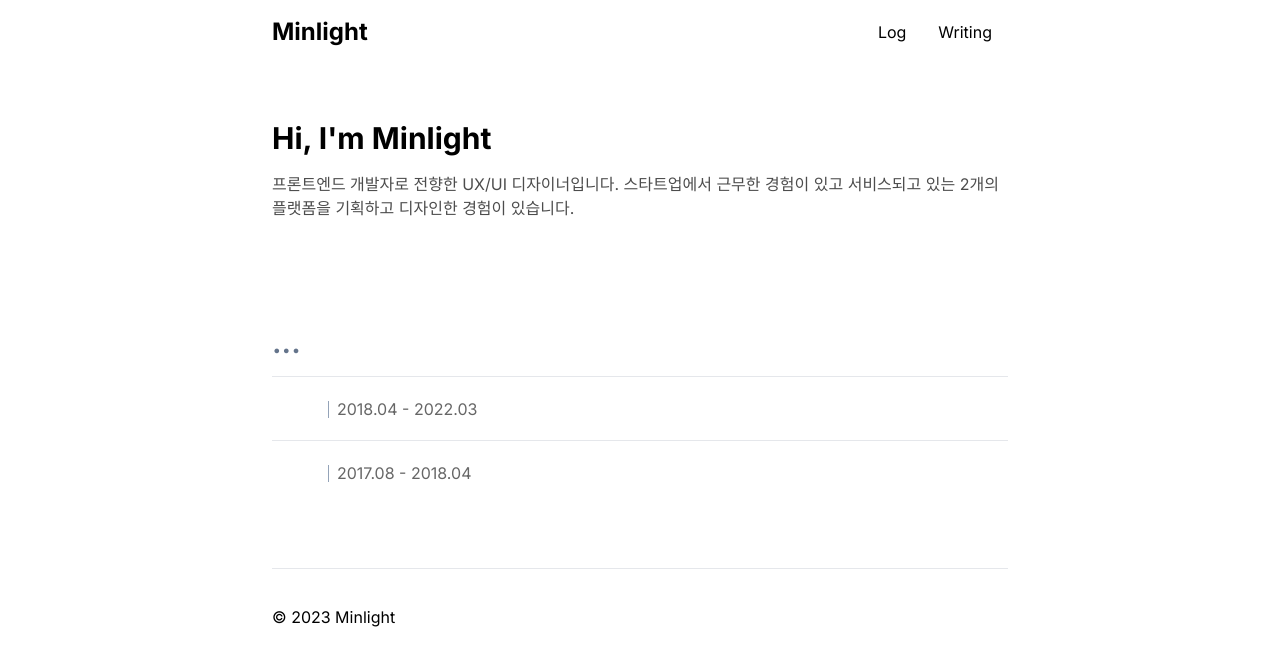
Repository: kwngmin/minlight-log
Page: /
The author's editor kept a copy of each file at every save. The page is drawn from the files as they stood at one save, then again after the next save.
The browser window is 1280 px wide. The pictures show the whole page.
The project was rebuilt for these pictures with package versions that can differ from the ones it lists, and the page was loaded fresh each time. The framework's server and built-in components were replaced by stand-ins that run in the browser. Also part of the build but not shown: next.config.js.

Above is the page before, as saved 2023-04-04 16:10:42.

### src/app/layout.tsx
import "./globals.css";
import Footer from "@/components/Footer";
import Header from "@/components/Header";

import { Inter } from "next/font/google";
const inter = Inter({ subsets: ["latin"] });

export const metadata = {
  title: {
    default: "Minlight",
    template: "Minlight | %s",
  },
  description: "Minlight log",
};

export default function RootLayout({
  children,
}: {
  children: React.ReactNode;
}) {
  return (
    <html lang="en" className={inter.className}>
      <body className="flex flex-col max-w-screen-md mx-auto px-4">
        <Header />
        <main className="">{children}</main>
        <Footer />
      </body>
    </html>
  );
}

### src/app/page.tsx
import Table from "@/components/Table";
import Title from "@/components/Title";

const titleData = {
  title: `Hi, I'm Minlight`,
  description: `프론트엔드 개발자로 전향한 UX/UI 디자이너입니다. 스타트업에서 근무한
경험이 있고 서비스되고 있는 2개의 플랫폼을 기획하고 디자인한 경험이 있습니다.`,
};

const careerData = [
  {
    head: "Kinterch",
    content: "UX/UI Designer",
    period: "2018.04 - 2022.03",
  },
  {
    head: "FiftyBridge",
    content: "UX/UI Designer",
    period: "2017.08 - 2018.04",
  },
];

const educateData = [
  {
    head: "CodeStates",
    content: "Software Engineering Bootcamp · Frontend",
    period: "2022.06 - 2022.12",
  },
  {
    head: "IDAS, Hongik Univeristy",
    content: "Digital Media Design Major · Master of Design",
    period: "2013.03 - 2015.02",
  },
  {
    head: "Kangnam University",
    content: "Visual Design Major · Bachelor of Fine Arts",
    period: "2005.03 - 2012.02",
  },
];

export default function Home() {
  return (
    <section>
      <Title titleData={titleData} />
      <Table tableData={careerData} subject="Work Experience" />
    </section>
  );
}

### src/app/globals.css
@tailwind base;
@tailwind components;
@tailwind utilities;

* {
  box-sizing: border-box;
  padding: 0;
  margin: 0;
}
/*
:root {
  --max-width: 1100px;
  --border-radius: 12px;
  --font-mono: ui-monospace, Menlo, Monaco, "Cascadia Mono", "Segoe UI Mono",
    "Roboto Mono", "Oxygen Mono", "Ubuntu Monospace", "Source Code Pro",
    "Fira Mono", "Droid Sans Mono", "Courier New", monospace;

  --foreground-rgb: 0, 0, 0;
  --background-start-rgb: 214, 219, 220;
  --background-end-rgb: 255, 255, 255;

  --primary-glow: conic-gradient(
    from 180deg at 50% 50%,
    #16abff33 0deg,
    #0885ff33 55deg,
    #54d6ff33 120deg,
    #0071ff33 160deg,
    transparent 360deg
  );
  --secondary-glow: radial-gradient(
    rgba(255, 255, 255, 1),
    rgba(255, 255, 255, 0)
  );

  --tile-start-rgb: 239, 245, 249;
  --tile-end-rgb: 228, 232, 233;
  --tile-border: conic-gradient(
    #00000080,
    #00000040,
    #00000030,
    #00000020,
    #00000010,
    #00000010,
    #00000080
  );

  --callout-rgb: 238, 240, 241;
  --callout-border-rgb: 172, 175, 176;
  --card-rgb: 180, 185, 188;
  --card-border-rgb: 131, 134, 135;
}

@media (prefers-color-scheme: dark) {
  :root {
    --foreground-rgb: 255, 255, 255;
    --background-start-rgb: 0, 0, 0;
    --background-end-rgb: 0, 0, 0;

    --primary-glow: radial-gradient(rgba(1, 65, 255, 0.4), rgba(1, 65, 255, 0));
    --secondary-glow: linear-gradient(
      to bottom right,
      rgba(1, 65, 255, 0),
      rgba(1, 65, 255, 0),
      rgba(1, 65, 255, 0.3)
    );

    --tile-start-rgb: 2, 13, 46;
    --tile-end-rgb: 2, 5, 19;
    --tile-border: conic-gradient(
      #ffffff80,
      #ffffff40,
      #ffffff30,
      #ffffff20,
      #ffffff10,
      #ffffff10,
      #ffffff80
    );

    --callout-rgb: 20, 20, 20;
    --callout-border-rgb: 108, 108, 108;
    --card-rgb: 100, 100, 100;
    --card-border-rgb: 200, 200, 200;
  }
}

* {
  box-sizing: border-box;
  padding: 0;
  margin: 0;
}

html,
body {
  max-width: 100vw;
  overflow-x: hidden;
}

body {
  color: rgb(var(--foreground-rgb));
  background: linear-gradient(
      to bottom,
      transparent,
      rgb(var(--background-end-rgb))
    )
    rgb(var(--background-start-rgb));
}

a {
  color: inherit;
  text-decoration: none;
}

@media (prefers-color-scheme: dark) {
  html {
    color-scheme: dark;
  }
} */

### src/components/Footer.tsx
export default function Footer() {
  return (
    <section className="h-24 flex items-center border-t mt-8">
      © 2023 Minlight
    </section>
  );
}

### src/components/Header.tsx
import Link from "next/link";

const navList = [
  { name: "Log", url: "/log" },
  { name: "Writing", url: "/log" },
];

export default function Header() {
  return (
    <section className="h-16 flex items-center justify-between">
      <Link href="/" className="text-2xl font-bold">
        Minlight
      </Link>
      <nav className="">
        {navList.map(({ name, url }) => (
          <Link href={url} key={name} className="px-4">
            {name}
          </Link>
        ))}
      </nav>
    </section>
  );
}

### src/components/Table.tsx
type Props = {
  tableData: {
    head: string;
    content: string;
    period: string;
  }[];
  subject: string;
};

export default function Table({ tableData, subject }: Props) {
  return (
    <article className="my-8">
      <h2 className="text-center lg:text-left text-3xl font-semibold text-slate-500 py-8 lg:py-4">
        ...
      </h2>
      <ul>
        {tableData.map(({ organization, role, period }) => (
          <li
            key={organization}
            className="flex flex-col justify-center lg:justify-start lg:flex-row items-center h-28 lg:h-16 border-t gap-0 lg:gap-4 px-4 lg:px-8"
          >
            <h3 className="font-bold text-xl text-black/80">{organization}</h3>
            <section className="text-black/60 text-center lg:text-left">
              <span>{role}</span>
              <span className="border-l text-sm mx-2 border-slate-400" />
              <span>{period}</span>
            </section>
          </li>
        ))}
      </ul>
    </article>
  );
}

### src/components/Title.tsx
type TitleData = {
  title: string;
  description: string;
};
export default function Title({ titleData }: { titleData: TitleData }) {
  const { title, description } = titleData;
  return (
    <div className="py-14">
      <h1 className="text-3xl font-bold mb-4">{title}</h1>
      <p className="text-black/70 break-keep">{description}</p>
    </div>
  );
}

Loaded but not shown: tailwind.config.js (common file)

After the next save:
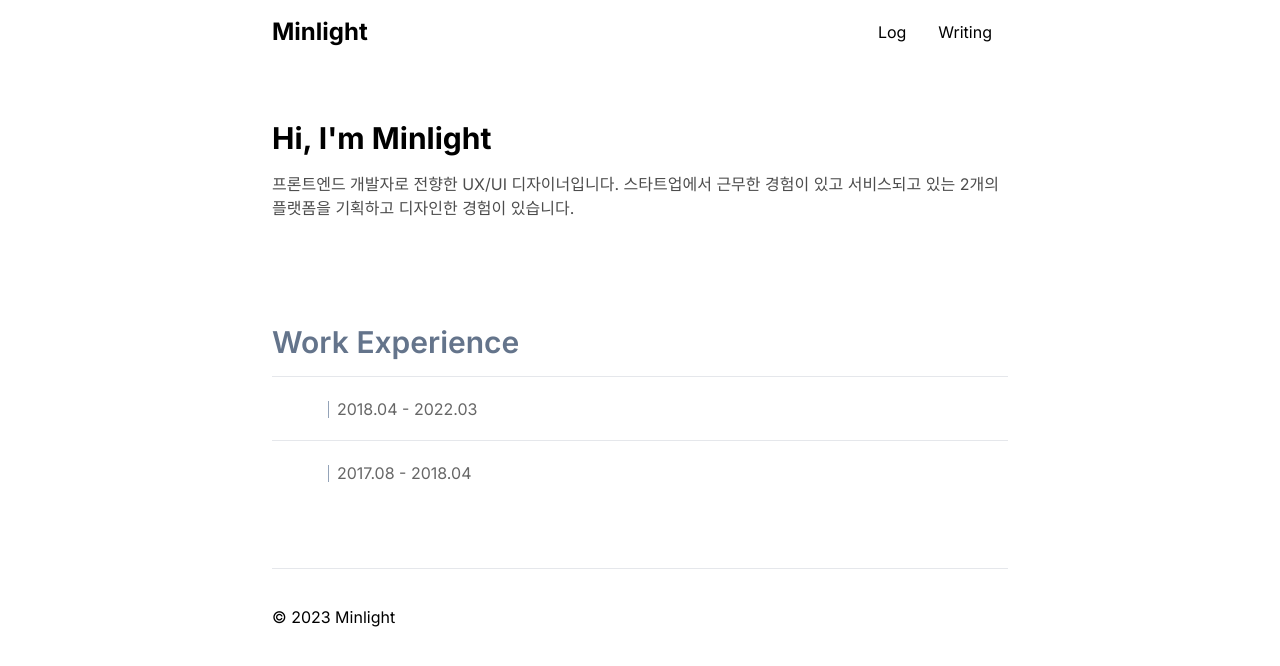
Saved 21 s later.
--- a/src/components/Table.tsx
+++ b/src/components/Table.tsx
@@ -11,7 +11,7 @@ export default function Table({ tableData, subject }: Props) {
   return (
     <article className="my-8">
       <h2 className="text-center lg:text-left text-3xl font-semibold text-slate-500 py-8 lg:py-4">
-        ...
+        {subject}
       </h2>
       <ul>
         {tableData.map(({ organization, role, period }) => (
